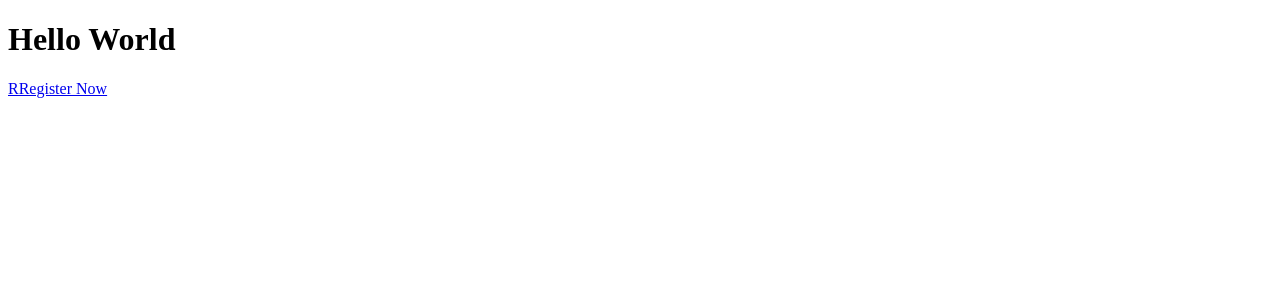
Repository: yashdpatil/Advanced_java
Page: MVC/src/main/webapp/NewFile.html
An editor plug-in stored every save of this project. The page is shown before and after the next save, followed by the edit.
The browser window is 1280 px wide. The pictures show the whole page.

Above is the page before, as saved 2023-12-13 18:41:57.

### MVC/src/main/webapp/NewFile.html
<!DOCTYPE html>
<html>
<head>
<meta charset="ISO-8859-1">
<title>Insert title here</title>
</head>
<body>
<h1>Hello World</h1>
<a href="Register.html">RRegister Now</a>

</body>
</html>

After the next save:
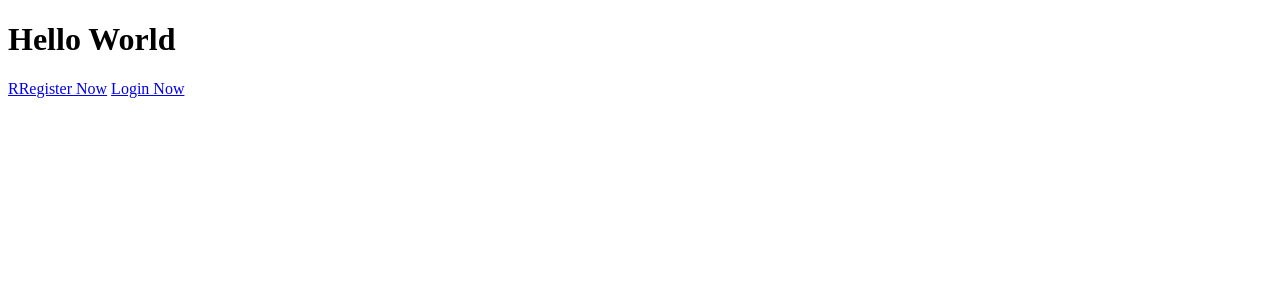
Saved 30 s later.
--- a/MVC/src/main/webapp/NewFile.html
+++ b/MVC/src/main/webapp/NewFile.html
@@ -7,6 +7,7 @@
 <body>
 <h1>Hello World</h1>
 <a href="Register.html">RRegister Now</a>
+<a href="Login.html">Login Now</a>
 
 </body>
 </html>
